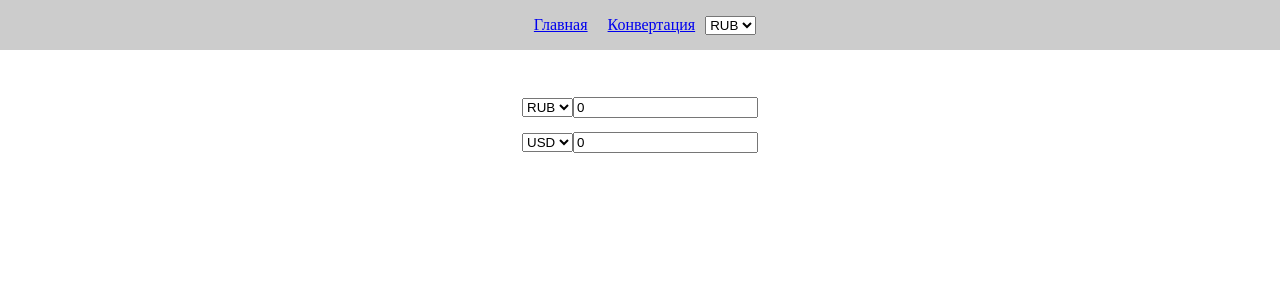
Repository: Friend689/vite-vue-currency-conversion
Page: /convert
An editor plug-in stored every save of this project. The page is shown before and after the next save, followed by the edit.
The browser window is 1280 px wide. The pictures show the whole page.
The page's requests for data from a server got no answer. The project was rebuilt for these pictures with package versions that can differ from the ones it lists, and the page was loaded fresh each time. No one was signed in, and anything a server would have sent is missing. Also part of the build but not shown: vite.config.js, src/views/Main.vue.

Above is the page before, as saved 2024-09-03 20:07:09.

### src/main.js
import { createApp } from 'vue'
import './style.css'
import App from './App.vue';
import router from './router';

createApp(App).use(router).mount('#app')

### src/style.css
* {
	box-sizing: border-box;
}

html, body, div, span, applet, object, iframe,
h1, h2, h3, h4, h5, h6, p, blockquote, pre,
a, abbr, acronym, address, big, cite, code,
del, dfn, em, img, ins, kbd, q, s, samp,
small, strike, strong, sub, sup, tt, var,
b, u, i, center,
dl, dt, dd, ol, ul, li,
fieldset, form, label, legend,
table, caption, tbody, tfoot, thead, tr, th, td,
article, aside, canvas, details, embed,
figure, figcaption, footer, header, hgroup,
menu, nav, output, ruby, section, summary,
time, mark, audio, video {
	margin: 0;
	padding: 0;
	border: 0;
	font-size: 100%;
	font: inherit;
	vertical-align: baseline;
}

html, body, #app {
	height: 100vh;
	width: 100vw;
}
/* HTML5 display-role reset for older browsers */
article, aside, details, figcaption, figure,
footer, header, hgroup, menu, nav, section {
	display: block;
}
body {
	line-height: 1;
}
ol, ul {
	list-style: none;
}
blockquote, q {
	quotes: none;
}
blockquote:before, blockquote:after,
q:before, q:after {
	content: '';
	content: none;
}
table {
	border-collapse: collapse;
	border-spacing: 0;
}

main {
	width: 100%;
  height: 100%;
}

.h-100 {
	height: 100%;
}

### src/App.vue
<script setup>
import { ref, onMounted } from "vue";
import Header from "@/components/ui/Header.vue";

const rates = ref({});
const currencies = ref(['USD', 'EUR', 'RUB']);
const selectedCurrency = ref('RUB');

const changeCurrency = (currency) => {
  selectedCurrency.value = currency;
  getCurrencies();
};

const getCurrencies = () => {
  fetch("https://status.neuralgeneration.com/api/currency")
    .then(response => response.json())
    .then(data => {
      rates.value = {};
      for (const pair in data) {
        const [from, to] = pair.split('-');
        if (from === selectedCurrency.value.toLowerCase()) {
          rates.value[to] = data[pair].toFixed(2);
        } else if (to === selectedCurrency.value.toLowerCase()) {
          rates.value[from] = (1 / data[pair]).toFixed(2);
        }
      }
      // Добавляем RUB в список валют
      if (!rates.value['RUB']) {
        rates.value['RUB'] = 1
      }
    });
}

onMounted(() => {
  getCurrencies();
})
</script>

<template>
  <div class="main-wrap">
    <Header @change-currency="changeCurrency" />
    <main>
      <router-view :rates="rates" :currencies="currencies" />
    </main>
  </div>
</template>

<style scoped>
.main-wrap {
  /* height: 100%; */
  display: flex;
  flex-direction: column;
}

main {
  flex-grow: 1;
}
</style>

### src/router/index.js
import { createRouter, createWebHistory } from 'vue-router'

import Main from '@/views/Main.vue';
import Convert from '@/views/Convert.vue';


const routes = [
  { path: '/', component: Main },
  { path: '/convert', component: Convert },
]

export default createRouter({
  history: createWebHistory(),
  routes,
})

### src/components/ui/Header.vue
<script setup>
import { ref } from "vue";

const currencies = ref(["USD", "EUR", "RUB"]);
const selectedCurrency = ref("RUB");

const emit = defineEmits(["change-currency"])

const changeCurrency = () => {
  emit("change-currency", selectedCurrency.value)
}

</script>

<template>
  <header>
    <router-link to="/">Главная</router-link>
    <router-link to="/convert">Конвертация</router-link>
    <select v-model="selectedCurrency" @change="changeCurrency">
      <option v-for="currency in currencies" :key="currency" :value="currency">{{ currency }}</option>
    </select>
  </header>
</template>

<style scoped>
header {
  height: 50px;
  background-color: #ccc;
  display: flex;
  align-items: center;
  justify-content: center;
  padding: 0 10px;
}
header a {
  margin: 0 10px;
}
</style>

### src/views/Convert.vue
<script setup>
import { ref } from "vue";

const props = defineProps([
  "currencies",
  "rates"
]);

const fromCurrency = ref('RUB');
const toCurrency = ref('USD');
const fromValue = ref(0);
const toValue = ref(0);
const error = ref('');

const convert = () => {
  if (isNaN(fromValue.value) || isNaN(toValue.value)) {
    error.value = "Пожалуйста, введите числовое значение";
    return;
  }
  const fromRate = props.rates[fromCurrency.value.toLowerCase()];
  const toRate = props.rates[toCurrency.value.toLowerCase()];
  console.log(toRate, fromRate, props.rates);
  // if (fromValue.value) {
  //   toValue.value = (fromValue.value / fromRate) * toRate;
  // } else {
  //   fromValue.value = (toValue.value / toRate) * fromRate;
  // }
  // toValue.value = Number(toValue.value.toFixed(2));
  // fromValue.value = Number(fromValue.value.toFixed(2));
  if (fromValue.value) {
    const result = fromValue.value * fromRate / toRate
    if (!isNaN(result)) {
      toValue.value = Number(result.toFixed(2))
    } else {
      error.value = 'Ошибка конвертации'
    }
  } else {
    const result = toValue.value * toRate / fromRate
    if (!isNaN(result)) {
      fromValue.value = Number(result.toFixed(2))
    } else {
      error.value = 'Ошибка конвертации'
    }
  }
  error.value = "";
}
</script>

<template>
  <div class="page-convert">
    <form>
      <div>
        <select v-model="fromCurrency">
          <option v-for="currency in currencies" :key="currency" :value="currency">{{ currency }}</option>
        </select>
        <input type="number" v-model.number="fromValue" @input="convert" />
      </div>
      <div>
        <select v-model="toCurrency">
          <option v-for="currency in currencies" :key="currency" :value="currency">{{ currency }}</option>
        </select>
        <input type="number" v-model.number="toValue" @input="convert" />
      </div>
    </form>
    <p v-if="error">{{ error }}</p>
  </div>
</template>

<style scoped>
.page-convert {
  padding-top: 40px;
  text-align: center;
}
form {
  display: flex;
  flex-direction: column;
  align-items: center;
}

form div {
  margin: 7px;
}
</style>

Loaded but not shown: index.html (common file)

After the next save:
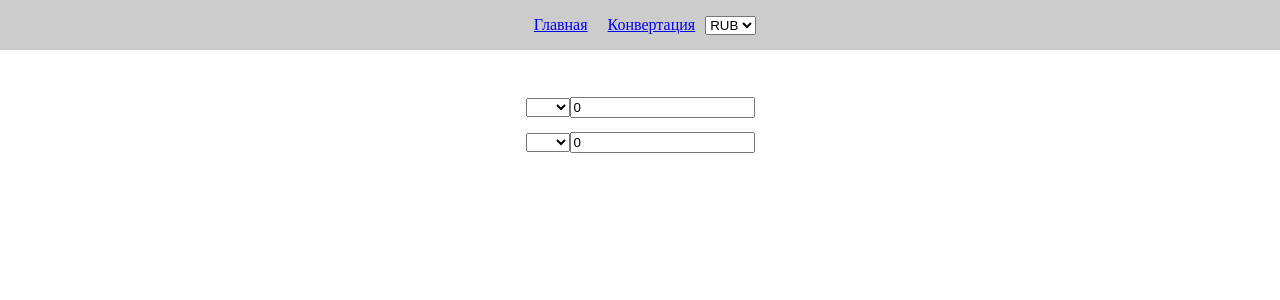
Saved 50 s later.
--- a/src/App.vue
+++ b/src/App.vue
@@ -3,8 +3,8 @@ import { ref, onMounted } from "vue";
 import Header from "@/components/ui/Header.vue";
 
 const rates = ref({});
-const currencies = ref(['USD', 'EUR', 'RUB']);
-const selectedCurrency = ref('RUB');
+const currencies = ref(['usd', 'eur', 'rub']);
+const selectedCurrency = ref('rub');
 
 const changeCurrency = (currency) => {
   selectedCurrency.value = currency;
@@ -18,15 +18,15 @@ const getCurrencies = () => {
       rates.value = {};
       for (const pair in data) {
         const [from, to] = pair.split('-');
-        if (from === selectedCurrency.value.toLowerCase()) {
+        if (from === selectedCurrency.value) {
           rates.value[to] = data[pair].toFixed(2);
-        } else if (to === selectedCurrency.value.toLowerCase()) {
+        } else if (to === selectedCurrency.value) {
           rates.value[from] = (1 / data[pair]).toFixed(2);
         }
       }
       // Добавляем RUB в список валют
-      if (!rates.value['RUB']) {
-        rates.value['RUB'] = 1
+      if (!rates.value['rub']) {
+        rates.value['rub'] = 1
       }
     });
 }
